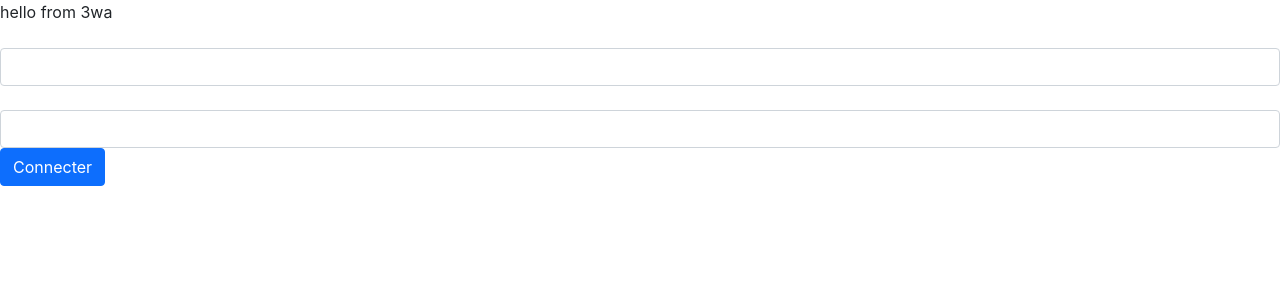
Repository: FS-23/react-task-manager
Page: /login
An editor plug-in stored every save of this project. The page is shown before and after the next save, followed by the edit.
The browser window is 1280 px wide. The pictures show the whole page.
The project was rebuilt for these pictures with package versions that can differ from the ones it lists, and the page was loaded fresh each time.

Above is the page before, as saved 2022-04-28 12:57:11.

### public/index.html
<!DOCTYPE html>
<html lang="en">
  <head>
    <meta charset="utf-8" />
    <link rel="icon" href="%PUBLIC_URL%/favicon.ico" />
    <meta name="viewport" content="width=device-width, initial-scale=1" />
    <meta name="theme-color" content="#000000" />
    <meta  name="description" content="Web site created using create-react-app"/>
    <link rel="apple-touch-icon" href="%PUBLIC_URL%/logo192.png" />

    <link rel="manifest" href="%PUBLIC_URL%/manifest.json" />

    <title>React App</title>

    <!-- CSS only -->
   <link href="https://cdn.jsdelivr.net/npm/bootstrap@5.1.3/dist/css/bootstrap.min.css" rel="stylesheet" >
  </head>
  <body>
    <noscript>You need to enable JavaScript to run this app.</noscript>
    <div id="root"></div>


    <!-- JavaScript Bundle with Popper -->
    <script src="https://cdn.jsdelivr.net/npm/bootstrap@5.1.3/dist/js/bootstrap.bundle.min.js"></script>
  </body>
</html>

### src/index.js
import React from 'react';
import ReactDOM from 'react-dom/client';
import './index.css';
import App from './App';
//import 'https://cdn.jsdelivr.net/npm/bootstrap@5.1.3/dist/css/bootstrap.min.css'

const root = ReactDOM.createRoot(document.getElementById('root'));
root.render(
  <React.StrictMode>
    <App />
  </React.StrictMode>
);

// If you want to start measuring performance in your app, pass a function
// to log results (for example: reportWebVitals(console.log))
// or send to an analytics endpoint. Learn more: https://bit.ly/CRA-vitals

### src/App.js

import Login from "./components/Login";
function App() {
  return (
    <div className="App">
         hello from 3wa
         <Login />
    </div>
  );
}




export default App;

### src/components/Login.js
function Login(){
     return(
         <>
             <div>
                 <form>
                     <div className="mt-4">
                        <input className="form-control"/>
                     </div>
                     <div className="mt-4">
                       <input className="form-control"/>
                     </div>
                     <button className="btn btn-primary">Connecter</button>
                 </form>
             </div>
         </>
     )
}

export default Login

Loaded but not shown: src/index.css (common file)

After the next save:
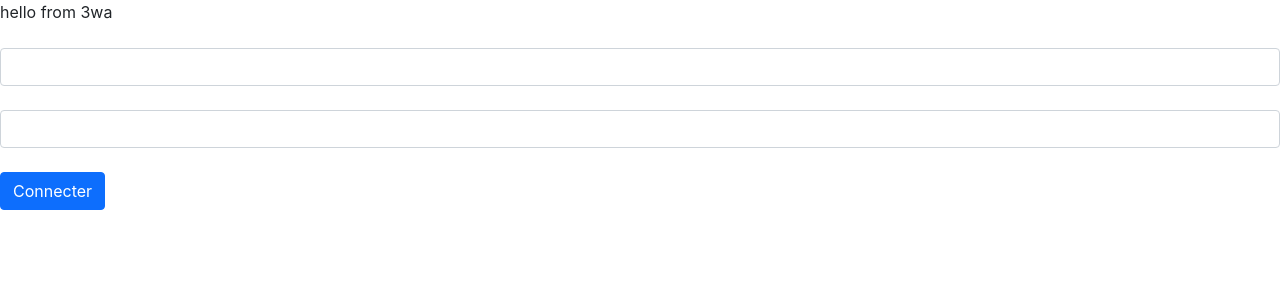
Saved 7 s later.
--- a/src/components/Login.js
+++ b/src/components/Login.js
@@ -9,7 +9,7 @@ function Login(){
                      <div className="mt-4">
                        <input className="form-control"/>
                      </div>
-                     <button className="btn btn-primary">Connecter</button>
+                     <button className="btn btn-primary mt-4">Connecter</button>
                  </form>
              </div>
          </>
